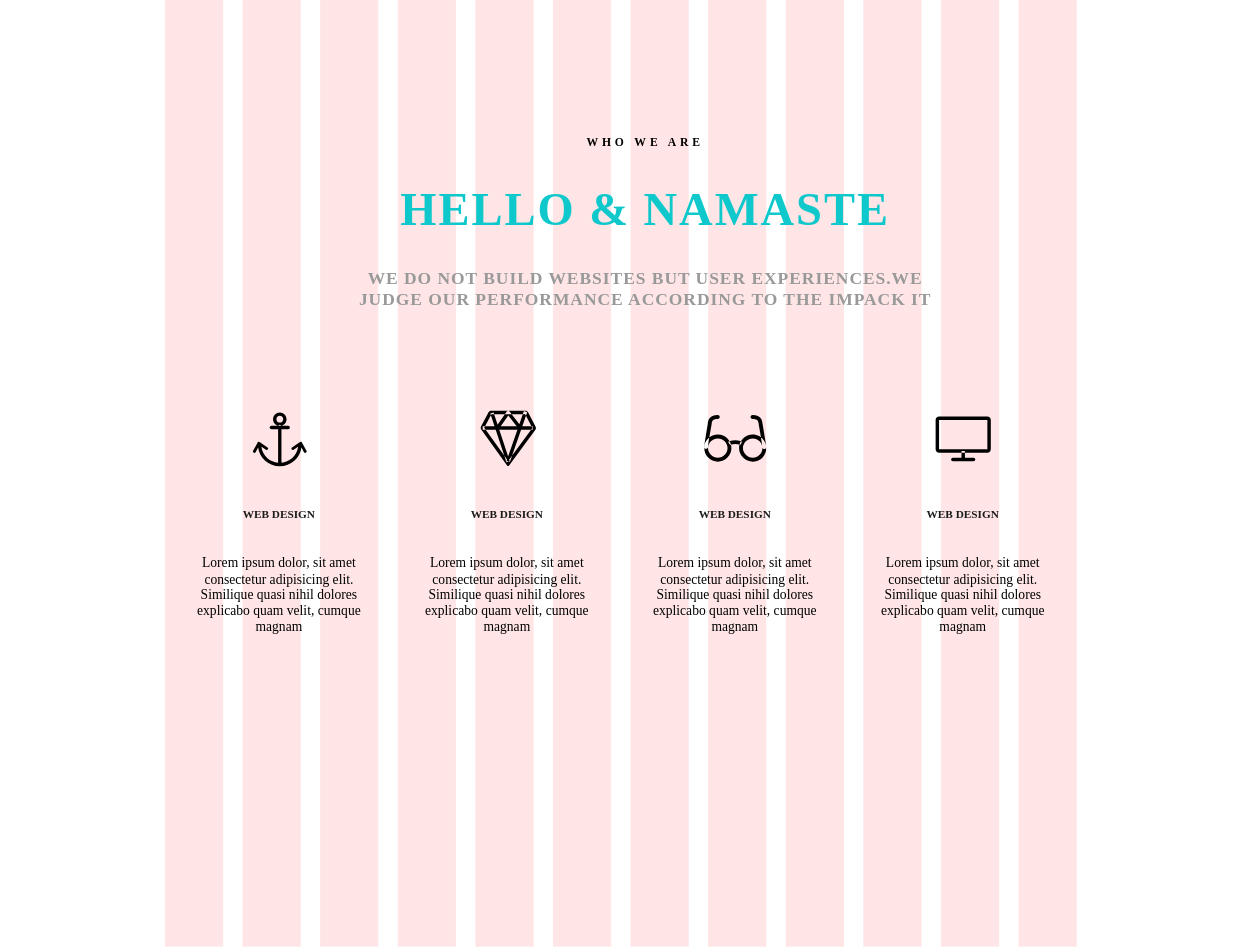
Repository: shpakovskaya/github.io
Page: boxsizing/namastegreen/index.html
These files come from the project's save history. The page is drawn as it stood at one moment and after the next save; the edit follows.
The browser window is 1280 px wide. The pictures show the whole page, at 97% of full size.

Above is the page before, as saved 2021-11-24 16:49:10.

### boxsizing/namastegreen/index.html
<!DOCTYPE html>
<html lang="en">
  <head>
    <meta charset="UTF-8" />
    <meta http-equiv="X-UA-Compatible" content="IE=edge" />
    <meta name="viewport" content="width=device-width, initial-scale=1.0" />
    <title>namaste_green</title>
    <link
      rel="stylesheet"
      href="https://cdnjs.cloudflare.com/ajax/libs/normalize/8.0.1/normalize.min.css"
      integrity="sha512-NhSC1YmyruXifcj/KFRWoC561YpHpc5Jtzgvbuzx5VozKpWvQ+4nXhPdFgmx8xqexRcpAglTj9sIBWINXa8x5w=="
      crossorigin="anonymous"
      referrerpolicy="no-referrer"
    />
    <link
      rel="shortcut icon"
      href="./free-icon-sahasrara-5937794.ico"
      type="image/x-icon"
    />
    <!-- Fonts -->
    <link rel="stylesheet" href="./montserrat/Montserrat-Regular.ttf" />
    <link rel="stylesheet" href="./montserrat/Montserrat-Bold.ttf" />
    <link rel="preconnect" href="https://fonts.googleapis.com" />
    <link rel="preconnect" href="https://fonts.gstatic.com" crossorigin />
    <link
      href="https://fonts.googleapis.com/css2?family=PT+Sans&display=swap"
      rel="stylesheet"
    />
    <link rel="stylesheet" href="./style.css" />
  </head>
  <body>
    <!-- Background -->
    <div class="conteiner">
      <img
        src="./img/1b0eb2e9-f134-46c9-915e-629d914347aa (1).png"
        alt="background"
      />
      <!-- Header -->
      <header class="header conteiner">
        <header class="header__wrapper">
          <h5 class="e-header__one">WHO WE ARE</h5>
          <h2 class="e-header__two">HELLO & NAMASTE</h2>
          <h4 class="e-header__three">
            WE DO NOT BUILD WEBSITES BUT USER EXPERIENCES.WE
            <br />JUDGE OUR PERFORMANCE ACCORDING TO THE IMPACK IT
          </h4>
        </header>
      </header>
      <!-- Main content -->
      <div class="wrapper">
        <!-- Anchor item -->
        <div class="c-wrapper__anchor">
          <div class="e-wrapper__anchor">
            <svg
              version="1.2"
              baseprofile="tiny-ps"
              xmlns="http://www.w3.org/2000/svg"
              viewbox="0 0 69 74"
              width="64"
              height="64"
            >
              <path
                id="Anchor"
                class="shp0"
                d="M35 70.19C21.76 70.19 10.62 60.29 9.08 47.16C8.95 46.06 9.73 45.07 10.83 44.94C11.92 44.8 12.92 45.59 13.05 46.69C14.35 57.81 23.79 66.19 35 66.19C46.19 66.19 55.63 57.82 56.95 46.73C57.08 45.63 58.07 44.84 59.17 44.98C60.27 45.11 61.06 46.1 60.92 47.2C59.36 60.31 48.22 70.19 35 70.19ZM35 69.68C33.89 69.68 33 68.79 33 67.68L33 22.56C33 21.45 33.89 20.56 35 20.56C36.1 20.56 37 21.45 37 22.56L37 67.68C37 68.79 36.1 69.68 35 69.68ZM35.03 9.94C37.27 9.94 39.09 11.76 39.09 14C39.09 16.24 37.27 18.06 35.03 18.06C32.79 18.06 30.97 16.24 30.97 14C30.97 11.76 32.79 9.94 35.03 9.94M35.03 5.94C30.58 5.94 26.97 9.55 26.97 14C26.97 18.45 30.58 22.06 35.03 22.06C39.48 22.06 43.09 18.45 43.09 14C43.09 9.55 39.48 5.94 35.03 5.94L35.03 5.94ZM59.4 45.16L51.49 50.54C50.81 50.97 49.89 50.95 49.48 50.25L49.07 49.8C48.67 49.1 48.89 48.18 49.57 47.74L58.67 41.6C58.68 41.59 58.69 41.58 58.7 41.57L59.32 41.17C59.66 40.95 60.05 40.9 60.4 40.99C60.76 41.07 61.09 41.3 61.29 41.65L61.66 42.28C61.67 42.3 61.66 42.31 61.67 42.32L66.81 51.78C67.22 52.48 67 53.39 66.32 53.83L65.75 54.05C65.07 54.48 64.23 54.09 63.82 53.39L59.4 45.16ZM6.18 53.39C5.77 54.09 4.93 54.48 4.25 54.05L3.68 53.83C3 53.39 2.78 52.48 3.19 51.78L8.33 42.32C8.34 42.31 8.33 42.3 8.34 42.28L8.71 41.65C8.91 41.3 9.24 41.07 9.6 40.99C9.95 40.9 10.34 40.95 10.68 41.17L11.3 41.57C11.31 41.58 11.32 41.59 11.33 41.6L20.43 47.74C21.11 48.18 21.33 49.1 20.93 49.8L20.52 50.25C20.11 50.95 19.19 50.97 18.51 50.54L10.6 45.16L6.18 53.39ZM25 22L45 22C46.1 22 47 22.89 47 24C47 25.1 46.1 26 45 26L25 26C23.9 26 23 25.1 23 24C23 22.89 23.9 22 25 22Z"
              />
            </svg>
          </div>
          <div class="title">
            <h5 class="title__anchor">WEB DESIGN</h5>
          </div>
          <div class="text__anchor">
            <span
              >Lorem ipsum dolor, sit amet consectetur adipisicing elit.
              Similique quasi nihil dolores explicabo quam velit, cumque magnam
            </span>
          </div>
        </div>
        <!-- Diamond item -->
        <div class="c-wrapper__diamond">
          <div class="e-wrapper__diamond">
            <svg
              version="1.2"
              baseprofile="tiny-ps"
              xmlns="http://www.w3.org/2000/svg"
              viewbox="0 0 74 72"
              width="66"
              height="64"
            >
              <path
                id="Diamond"
                class="shp0"
                d="M57.75 7.98L66.06 23.88L37.94 62.17L10.27 23.59L18.57 7.98L57.75 7.98M58.17 3.98L18.17 3.98C17.07 3.98 15.74 4.77 15.23 5.75L6.51 22.14C5.99 23.11 6.09 24.63 6.73 25.53L36.74 67.35C37.06 67.8 37.49 68.03 37.91 68.03C38.34 68.03 38.76 67.81 39.09 67.36L69.58 25.85C70.23 24.96 70.35 23.44 69.84 22.47L61.09 5.75C60.58 4.78 59.27 3.98 58.17 3.98L58.17 3.98ZM66.42 25.98L8.42 25.98L8.42 21.98L66.42 21.98L66.42 25.98ZM36.02 63.61L17.27 7.11L21.06 5.85L39.81 62.35L36.02 63.61ZM39.96 63.18L36.18 61.86L56.28 4.32L60.06 5.64L39.96 63.18ZM27.14 25.12L23.86 22.83L36.39 4.83C36.76 4.31 37.35 3.99 37.98 3.97C38.59 3.98 39.22 4.24 39.61 4.75L53.08 22.08L49.92 24.54L38.12 9.35L27.14 25.12Z"
              />
            </svg>
          </div>
          <div class="title">
            <h5 class="title__diamond">WEB DESIGN</h5>
          </div>
          <div class="text__diamond">
            <span
              >Lorem ipsum dolor, sit amet consectetur adipisicing elit.
              Similique quasi nihil dolores explicabo quam velit, cumque magnam
            </span>
          </div>
        </div>
        <!-- Eyeglasses item -->
        <div class="c-wrapper__eyeglasses">
          <div class="e-wrapper__eyeglasses">
            <svg
              version="1.2"
              baseprofile="tiny-ps"
              xmlns="http://www.w3.org/2000/svg"
              viewbox="0 0 64 48"
              width="64"
              height="64"
            >
              <path
                id="Eyeglasses"
                class="shp0"
                d="M1.91 34.69C1.86 34.69 1.81 34.69 1.77 34.69C0.66 34.61 -0.17 33.65 -0.09 32.55C-0.03 31.68 3.03 12.72 3.54 9.66C3.59 9.37 3.62 9.06 3.67 8.73C4.06 5.65 4.79 -0.06 14.01 -0.06C15.12 -0.06 16.01 0.83 16.01 1.94C16.01 3.04 15.12 3.94 14.01 3.94C8.31 3.94 8.01 6.28 7.63 9.24C7.59 9.62 7.54 9.98 7.48 10.32C7.09 12.7 4.32 26.99 3.9 32.83C3.83 33.89 2.95 34.69 1.91 34.69ZM62.09 34.82C61.05 34.82 59.97 34.01 59.9 32.96C59.48 27.12 56.71 12.7 56.32 10.32C56.26 9.98 56.21 9.62 56.17 9.24C55.79 6.28 55.49 3.94 49.79 3.94C48.69 3.94 47.79 3.04 47.79 1.94C47.79 0.83 48.69 -0.06 49.79 -0.06C59.01 -0.06 59.74 5.65 60.13 8.73C60.18 9.06 60.21 9.37 60.26 9.66C60.77 12.72 64.03 31.81 64.09 32.67C64.17 33.78 63.34 34.73 62.23 34.81C62.19 34.82 62.14 34.82 62.09 34.82ZM14.08 24.02C19.58 24.02 24.04 28.48 24.04 33.98C24.04 39.47 19.58 43.94 14.08 43.94C8.57 43.94 3.92 39.38 3.92 33.98C3.92 28.58 8.57 24.02 14.08 24.02M14.08 20.02C6.37 20.02 -0.08 26.27 -0.08 33.98C-0.08 41.69 6.37 47.94 14.08 47.94C21.79 47.94 28.04 41.69 28.04 33.98C28.04 26.27 21.79 20.02 14.08 20.02L14.08 20.02ZM50.08 24.02C55.57 24.02 60.04 28.48 60.04 33.98C60.04 39.47 55.57 43.94 50.08 43.94C44.57 43.94 39.91 39.38 39.91 33.98C39.91 28.58 44.57 24.02 50.08 24.02M50.08 20.02C42.37 20.02 35.91 26.27 35.91 33.98C35.91 41.69 42.37 47.94 50.08 47.94C57.79 47.94 64.04 41.69 64.04 33.98C64.04 26.27 57.79 20.02 50.08 20.02L50.08 20.02ZM26.87 30.96L24.69 27.6C24.97 27.42 27.51 25.83 31.98 25.83C36.25 25.83 38.86 27.23 39.15 27.39L37.18 30.88C37.18 30.88 35.21 29.83 31.98 29.83C28.71 29.83 26.89 30.94 26.87 30.96Z"
              />
            </svg>
          </div>
          <div class="title">
            <h5 class="title__eyeglasses">WEB DESIGN</h5>
          </div>
          <div class="text__eyeglasses">
            <span
              >Lorem ipsum dolor, sit amet consectetur adipisicing elit.
              Similique quasi nihil dolores explicabo quam velit, cumque magnam
            </span>
          </div>
        </div>
        <!-- Monitor item -->
        <div class="c-wrapper__monitor">
          <div class="e-wrapper__monitor">
            <svg
              version="1.2"
              baseprofile="tiny-ps"
              xmlns="http://www.w3.org/2000/svg"
              viewbox="0 0 72 65"
              width="64"
              height="64"
            >
              <path
                id="Monitor"
                class="shp0"
                d="M64 10.98L64 44.99L8 44.99L8 10.98L64 10.98M64 6.98L8 6.98C5.8 6.98 4 8.78 4 10.98L4 44.99C4 47.19 5.8 48.99 8 48.99L64 48.99C66.2 48.99 68 47.19 68 44.99L68 10.98C68 8.78 66.2 6.98 64 6.98L64 6.98ZM38 47L38 55L48 55C49.1 55 50 55.9 50 57C50 58.1 49.1 59 48 59L24 59C22.9 59 22 58.1 22 57C22 55.9 22.9 55 24 55L34 55L34 47L38 47Z"
              />
            </svg>
          </div>
          <div class="title">
            <h5 class="title__monitor">WEB DESIGN</h5>
          </div>
          <div class="text__monitor">
            <span
              >Lorem ipsum dolor, sit amet consectetur adipisicing elit.
              Similique quasi nihil dolores explicabo quam velit, cumque magnam
            </span>
          </div>
        </div>
      </div>
    </div>
  </body>
</html>

### boxsizing/namastegreen/style.css
* {
  margin: 0;
  padding: 0;
  box-sizing: border-box;
}

.conteiner {
  max-width: 1280px;
  max-height: 976px;
  position: relative;
}

/* Header */
.header {
  position: absolute;
  top: 0px;
  left: 370px;
}

.header__wrapper {
  margin-top: 140px;
  text-align: center;
  /* display: flex;
  flex-direction: column; */
  /* justify-content: center; */
}
.e-header__one {
  font-size: 12px;
  font-family: Montserrat bold;
  letter-spacing: 4px;
  margin-bottom: 34px;
}

.e-header__two {
  font-size: 48px;
  font-family: Montserrat regular;
  color: #0ec8cb;
  margin-bottom: 34px;
  letter-spacing: 2px;
}

.e-header__three {
  font-size: 18px;
  letter-spacing: 1px;
  color: #999999;
}

/* Items */
.wrapper {
  position: absolute;
  top: 420px;
  left: 170px;
  display: flex;
  flex-direction: row;
  text-align: center;
  font-size: 14px;
  max-width: 940px;
  min-height: 418px;
}

.e-wrapper__anchor {
  display: inline-block;
  align-content: center;
}

/* Title */
.title {
  color: #1b1b1b;
  margin: 36px;
}

/* Text */
.text__diamond,
.text__anchor,
.text__eyeglasses,
.text__monitor {
  margin: 32px;
  color: #000;
}

/* Items hover */
#Anchor:hover {
  fill: white;
}

#Eyeglasses:hover {
  fill: white;
}
#Monitor:hover {
  fill: white;
}

#Diamond:hover {
  fill: white;
}

After the next save:
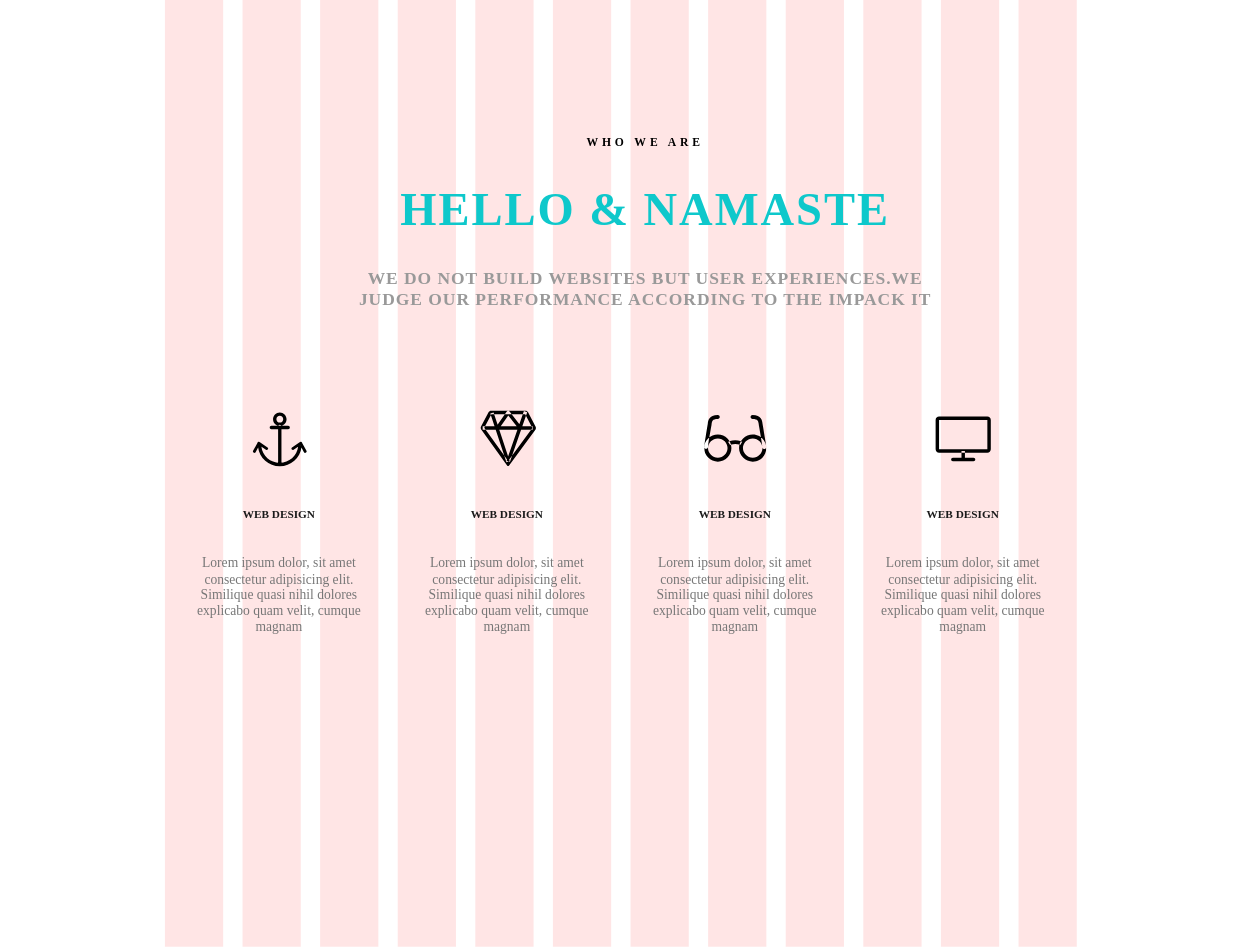
Saved 18 s later.
--- a/boxsizing/namastegreen/style.css
+++ b/boxsizing/namastegreen/style.css
@@ -75,7 +75,7 @@
 .text__eyeglasses,
 .text__monitor {
   margin: 32px;
-  color: #000;
+  color: #777777;
 }
 
 /* Items hover */
